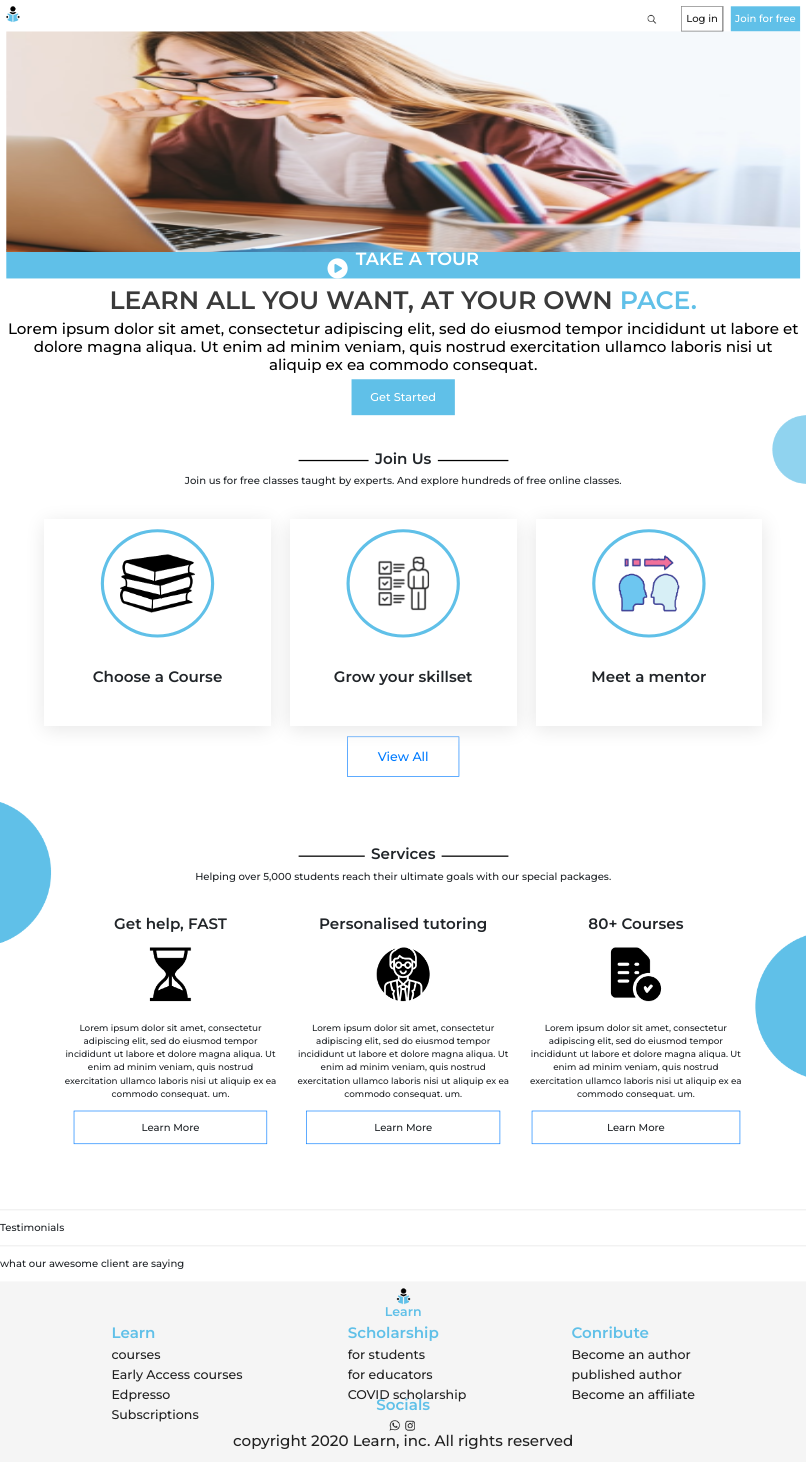
Repository: TiaraOluwanimi/team5
Page: tutor.html
An editor plug-in stored every save of this project. The page is shown before and after a run of saves, followed by the edit.
The browser window is 1280 px wide. The pictures show the whole page, at 63% of full size.
Some web libraries are served in a nearby version.

Above is the page before, as saved 2020-08-08 10:32:26.

After the next 4 saves:
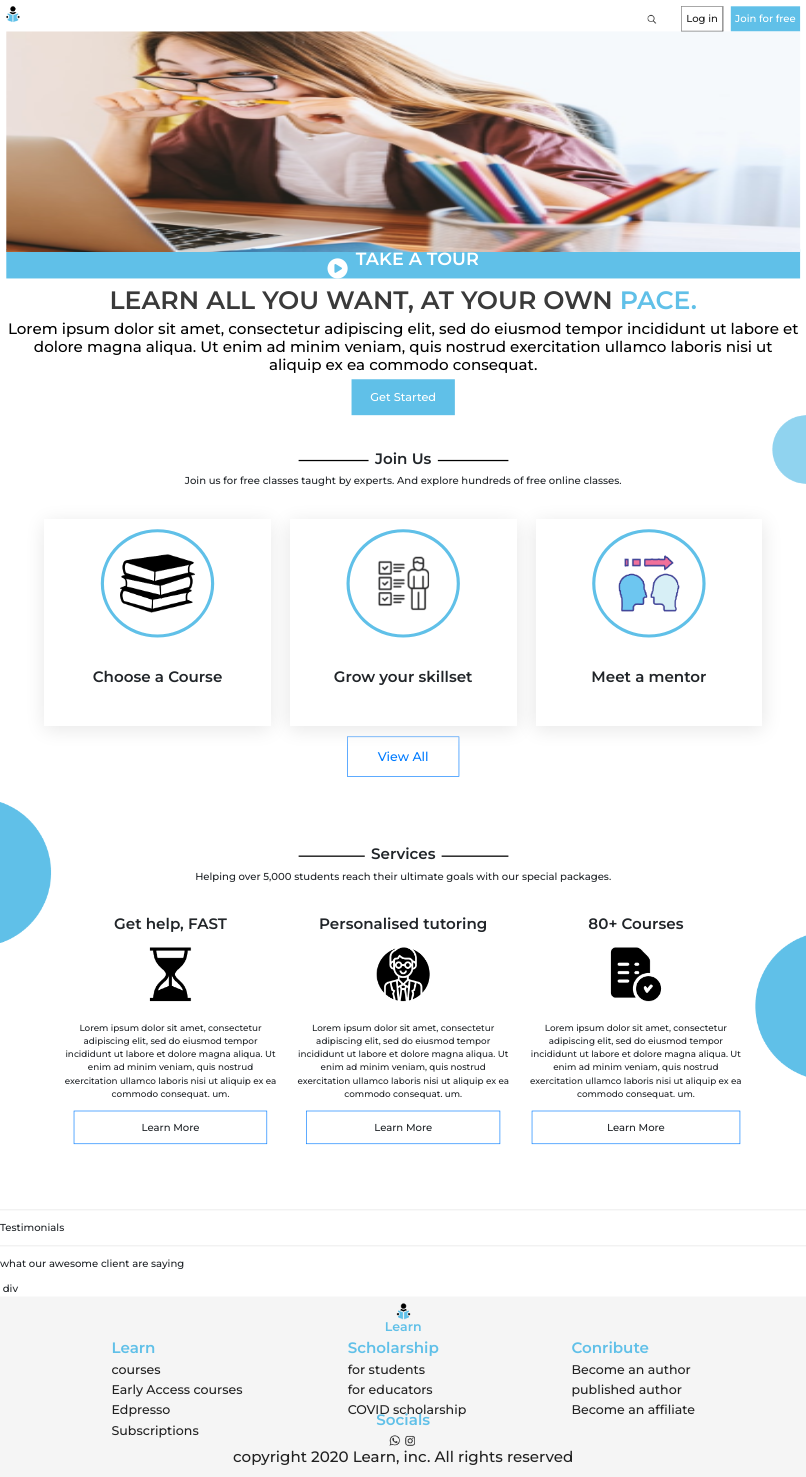
The 4 saves are shown as one change because they came seconds apart.
The last was saved 14 s later.
--- a/tutor.html
+++ b/tutor.html
@@ -224,9 +224,8 @@
         </div>
         <div>
           <div class="testimonial-card">
-            <div te>
-
-            </div>
+            <img src="" alt="">
+            div
           </div>
         </div>
       </div>
